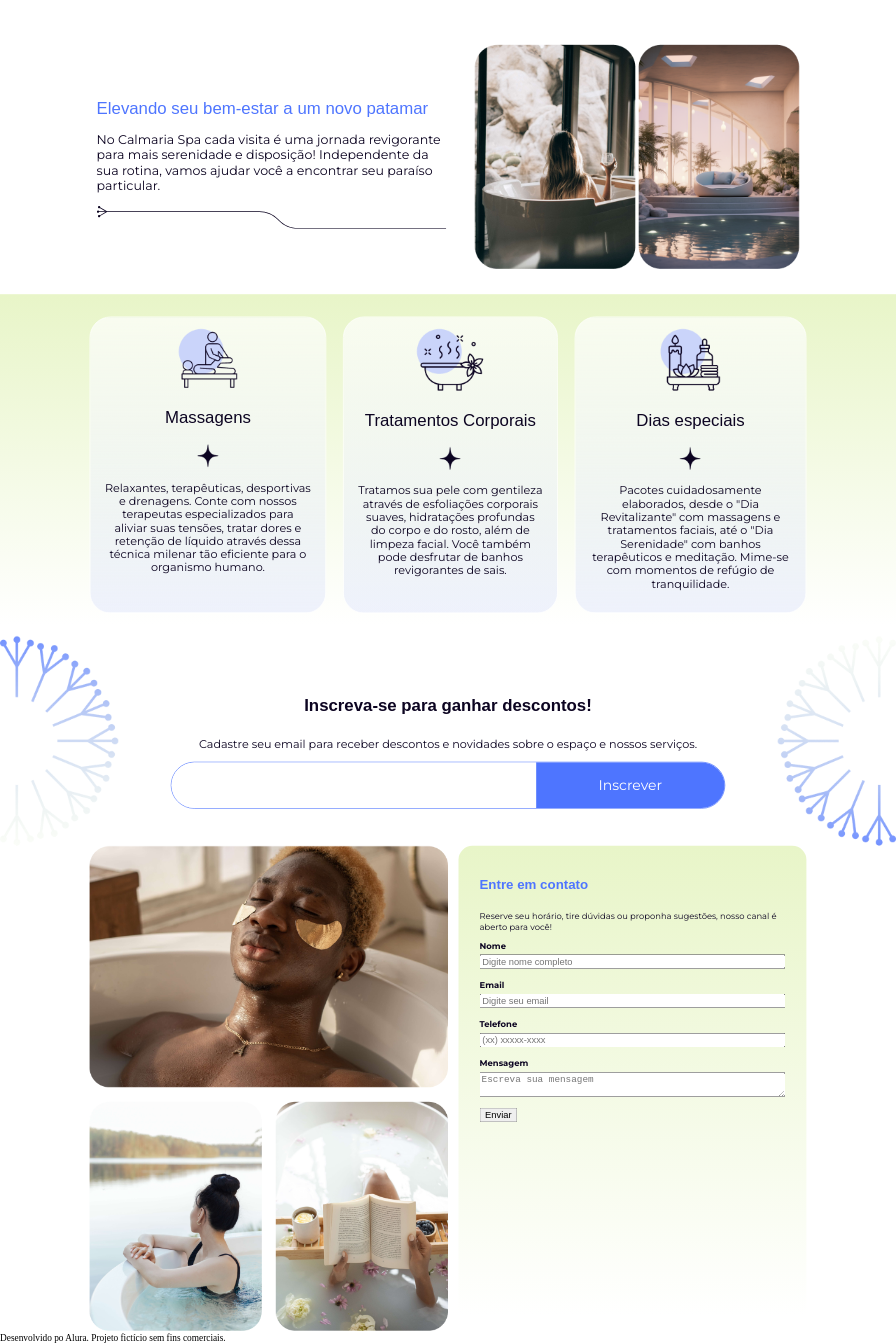
Repository: joaoPraiaJunior/curso-sass
Page: index.html
The author's editor kept a copy of each file at every save. The page is drawn from the files as they stood at one save, then again after the next save.
The browser window is 1280 px wide. The pictures show the part of the page from y = 1175 to 3095 px (the page is 3095 px tall), at 70% of full size.
Some web fonts or font styles are not loaded; a fallback is used. The style sheet was rebuilt from its Sass, Less or Tailwind sources for each picture, by a compiler version that may differ from the author's.

Above is the page before, as saved 2024-07-06 19:37:25.

After the next save:
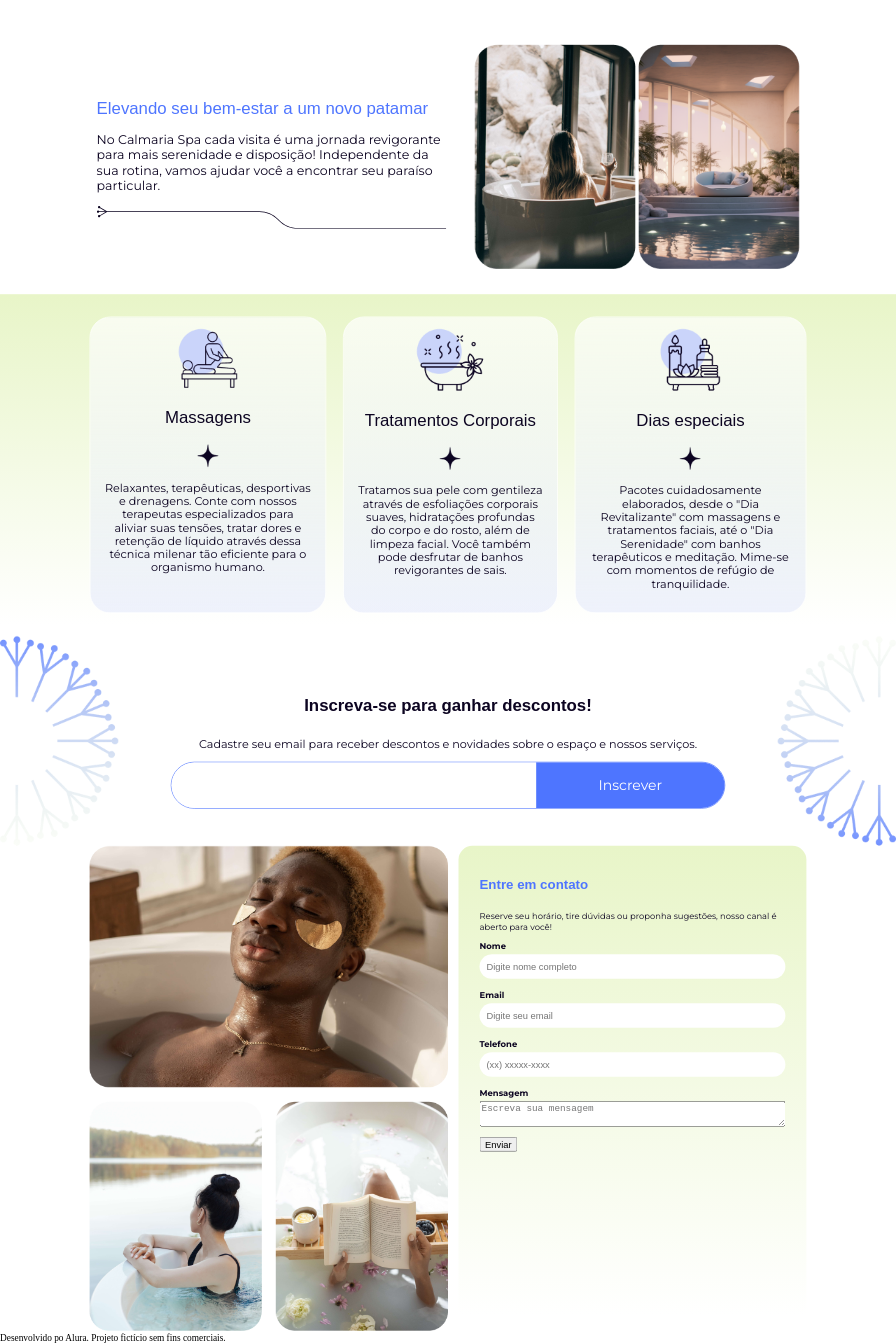
Saved 64 s later.
--- a/styles/components/_contato.scss
+++ b/styles/components/_contato.scss
@@ -49,6 +49,12 @@
                 @extend .infos;
                 font-weight: bolder;
             }
+
+            input {
+                border: none;
+                padding: 1rem;
+                border-radius: 25px;
+            }
         }
     }
   }
